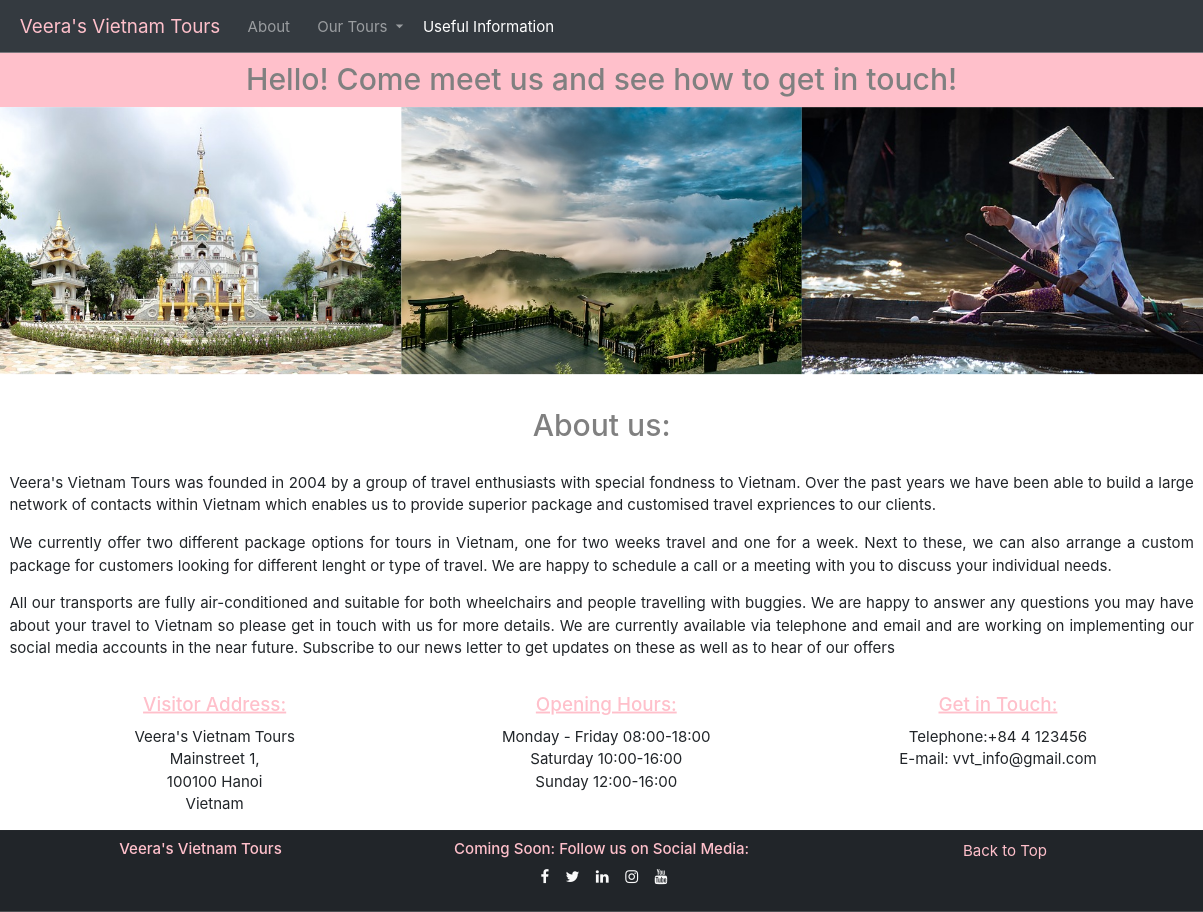
Repository: VAhola/VietnamTour
Page: about.html
The author's editor kept a record of every edit. The page is drawn from the files as they stood at one moment, then again after the next edit.
The browser window is 1280 px wide. The pictures show the whole page, at 94% of full size.

Above is the page before.

After the next edit:
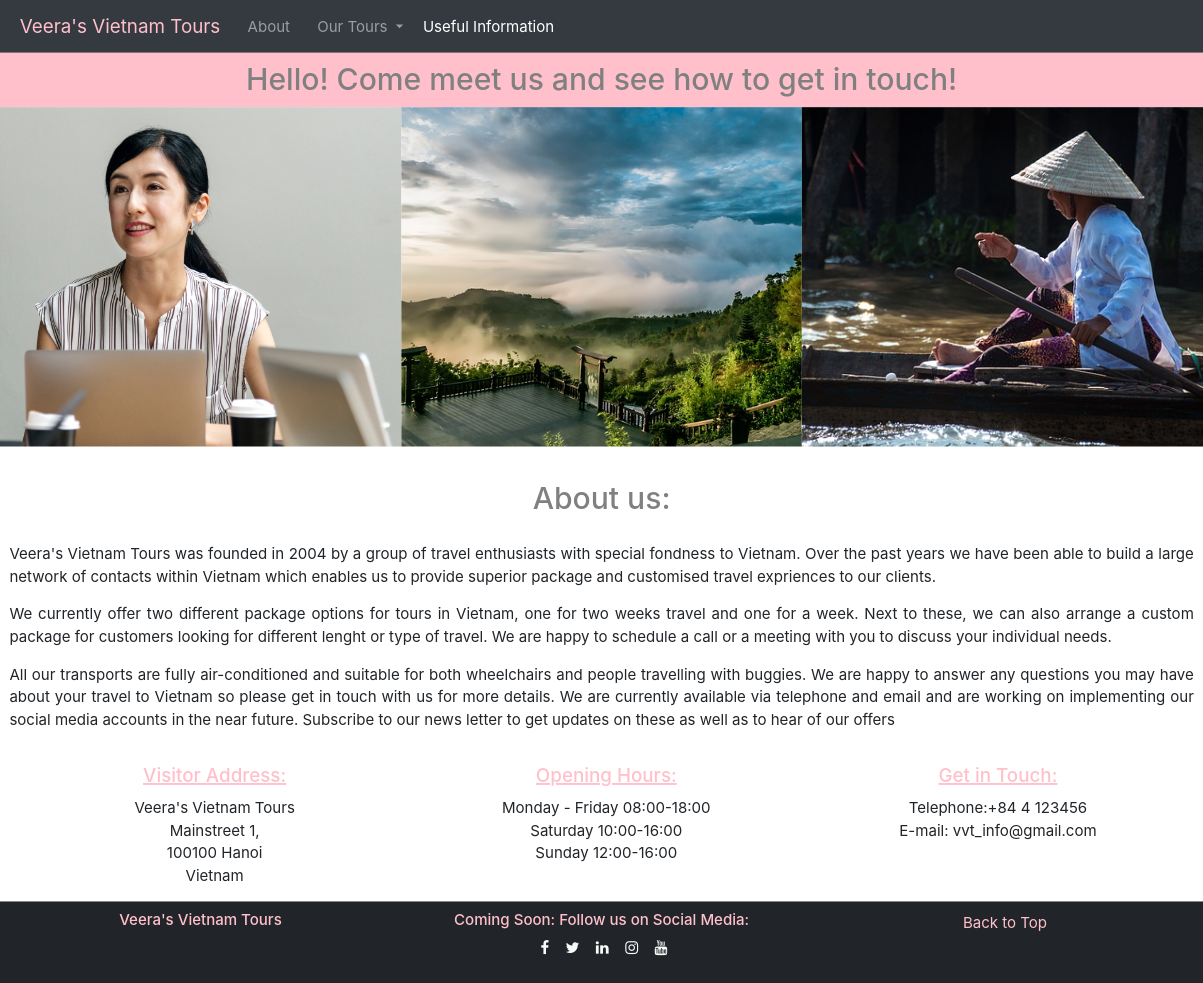
The edit:
--- a/about.html
+++ b/about.html
@@ -47,7 +47,7 @@
 
 <div class="gallery1">
 <figure class="gallery_item gallery__item1">
-    <img src="Assets/pictures/pagoda-704657_640.jpg" class="gallery__img" alt="Image 1">
+    <img src="Assets/pictures/adult-casual-coffee-1413655.jpg" class="gallery__img" alt="Image 1">
 </figure>
 <figure class="gallery__item gallery__item--2">
     <img src="Assets/pictures/pagoda-2096468_640.jpg" class="gallery__img" alt="Image 2">
